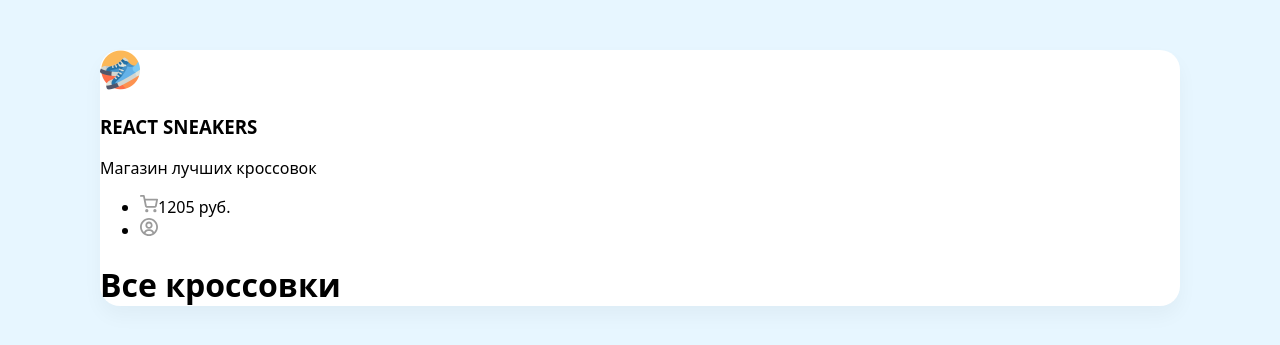
Repository: VaheHarutyunyan/react-sneakers
Page: /
The author's editor kept a copy of each file at every save. The page is drawn from the files as they stood at one save, then again after the next save.
The browser window is 1280 px wide. The pictures show the whole page.
The project was rebuilt for these pictures with package versions that can differ from the ones it lists, and the page was loaded fresh each time.

Above is the page before, as saved 2021-07-22 12:12:50.

### src/index.scss
body {
  margin: 0;
  font-family: system-ui;
  -webkit-font-smoothing: antialiased;
  -moz-osx-font-smoothing: grayscale;
  background: #E7F6FF;
}
.wrapper{
  background: #FFFFFF;
  box-shadow: 0px 10px 20px rgba(0, 0, 0, 0.04);
  border-radius: 20px;
  max-width: 1080px;
  margin: 50px auto;
}

### src/App.js

function App() {
  return (
    <div className="wrapper">
      <header>
        <div className="headerLeft">
          <img width="40" height="40" src="/img/logo.png" alt="logo" />
          <div className="headerInfo">
            <h3>REACT SNEAKERS</h3>
            <p>Магазин лучших кроссовок</p>
          </div>
        </div>
        <ul className="headerRight">
          <li>
            <img src="/img/cart.svg" width={18} height={18} alt="" />
            <span>1205 руб.</span>
          </li>
          <li>
            <img src="/img/user.svg" width={18} height={18} alt="" />
          </li>
        </ul>
      </header>
      <div className="content">
        <h1>Все кроссовки</h1>
      </div>
    </div>
  );
}

export default App;

Loaded but not shown: public/index.html (common file); src/index.js (common file)

After the next save:
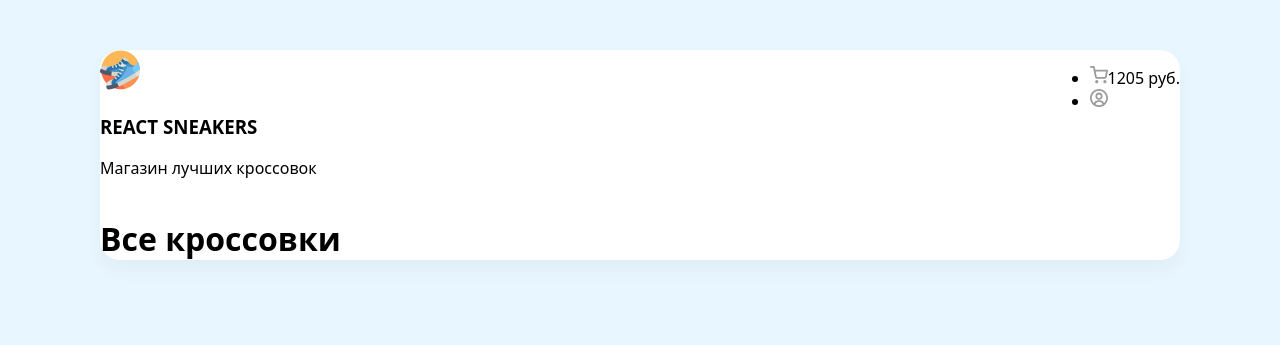
Saved 2 min 23 s later.
--- a/src/index.scss
+++ b/src/index.scss
@@ -12,3 +12,14 @@
   max-width: 1080px;
   margin: 50px auto;
 }
+header{
+  display: flex;
+  justify-content: space-between;
+
+  .headerLeft{
+
+  }
+  .headerRight{
+
+  }
+}
